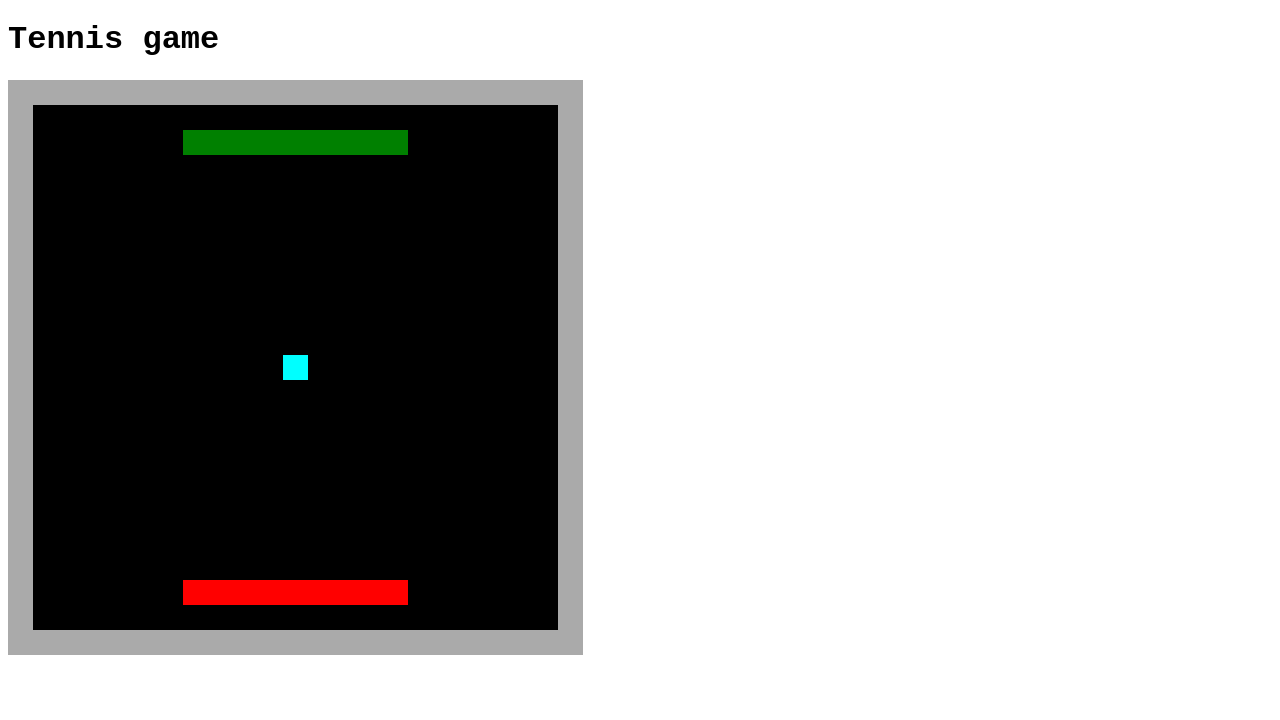
Repository: abdelrahman-ahmed-nassar/javascript-games
Page: my_ping-pong/index.html
The author's editor kept a copy of each file at every save. The page is drawn from the files as they stood at one save, then again after a run of saves.
The browser window is 1280 px wide. The pictures show the whole page.

Above is the page before, as saved 2024-07-27 15:55:18.

After the next 2 saves:
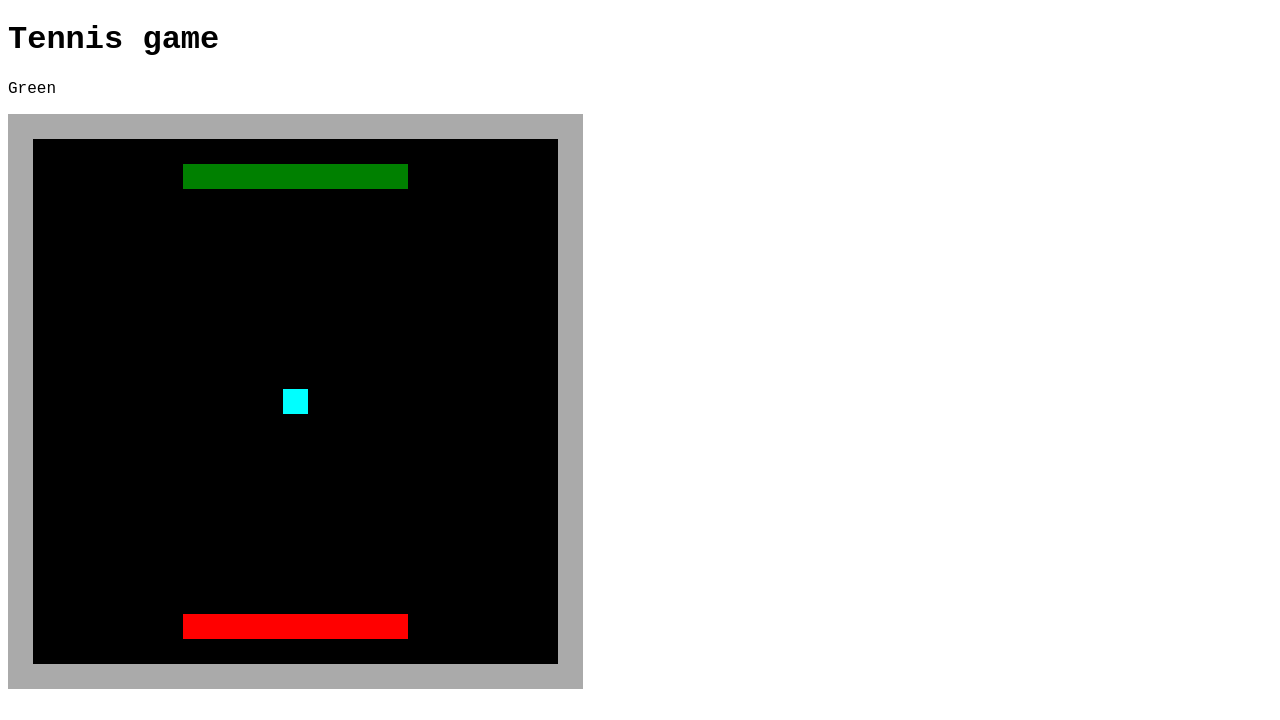
The 2 saves are shown as one change because they came seconds apart.
The last was saved 7 s later.
--- a/my_ping-pong/index.html
+++ b/my_ping-pong/index.html
@@ -9,7 +9,8 @@
 </head>
 <body>
   <h1>Tennis game</h1>
-  <p id="player"></p>
+  <p id="player-1">Green</p>
+  <p id="player-2"></p>
   <canvas id="canvas"></canvas>
 </body>
 </html>
